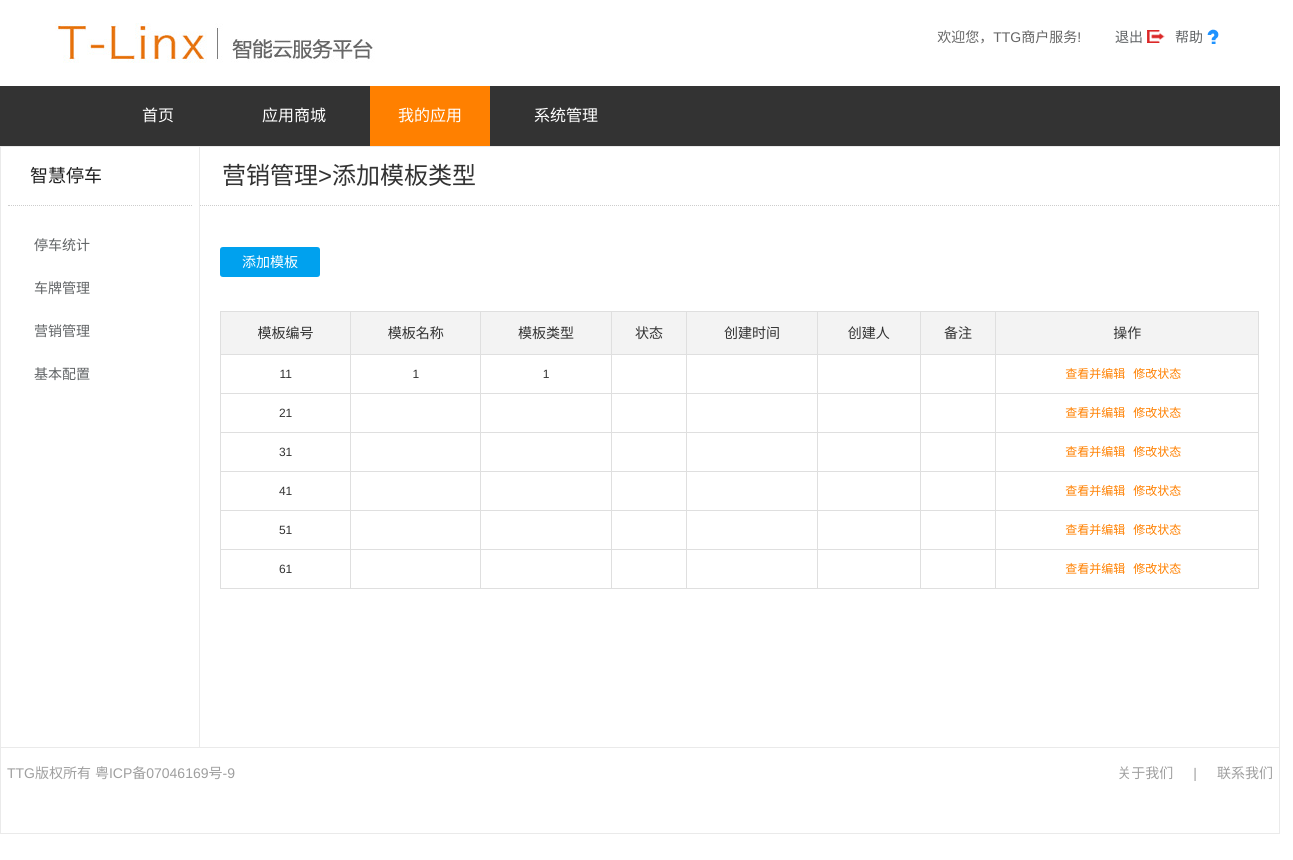
Repository: Keori/ParkCar
Page: admin/商户云/智慧停车/Manage.html
An editor plug-in stored every save of this project. The page is shown before and after the next save, followed by the edit.
The browser window is 1280 px wide. The page is 1293 px wide, so the pictures cover 1293 px, including what lies to the right of the window. The pictures show the whole page.

Above is the page before, as saved 2018-12-24 10:59:43.

After the next save:
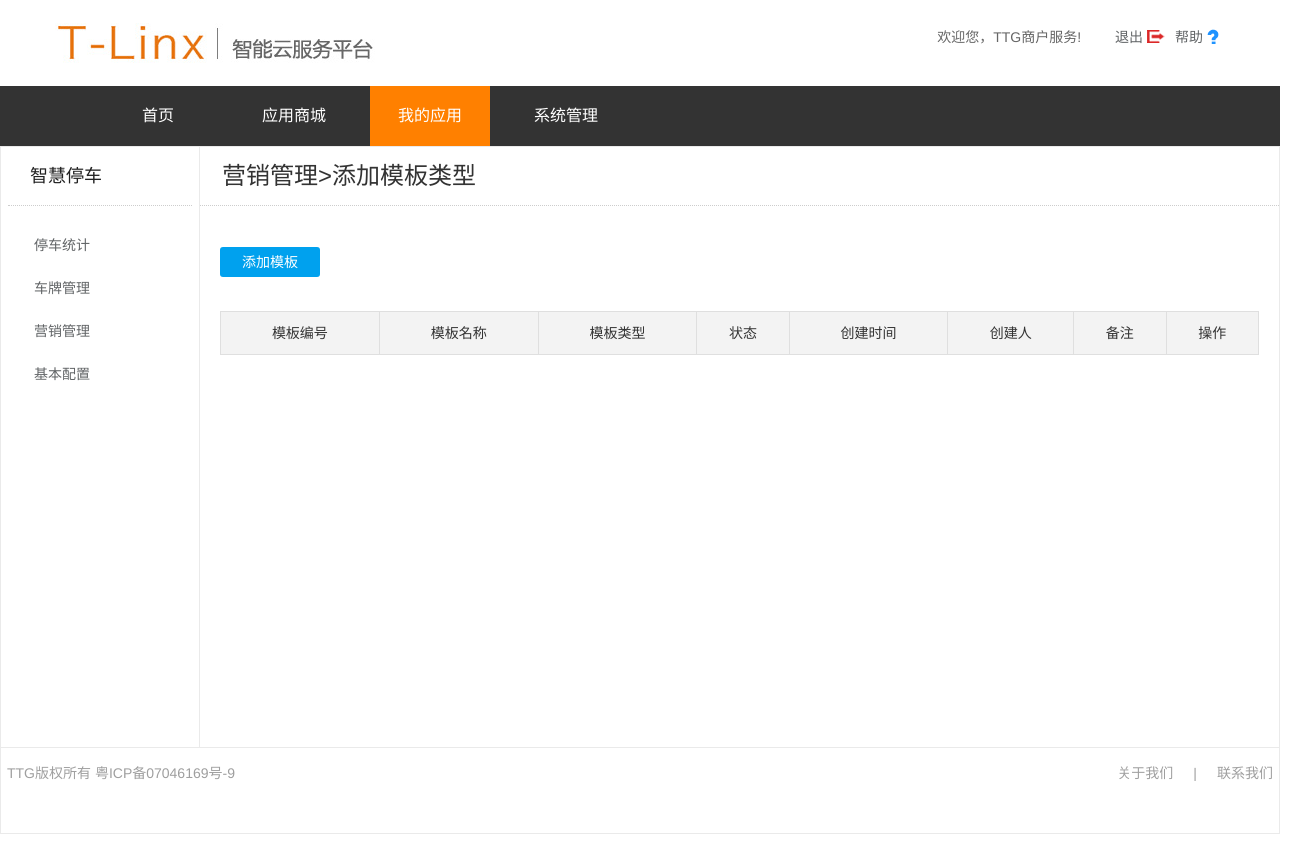
Saved 27 s later.
--- a/admin/商户云/智慧停车/Manage.html
+++ b/admin/商户云/智慧停车/Manage.html
@@ -77,7 +77,7 @@
                     <th>备注</th>
                     <th>操作</th>
                 </tr>
-                <tr v-for='(item,index) in Manage' v-show='index<6'>
+                <tr v-for='item in Manage' v-show='index<6'>
                     <td>{{index+1}}1</td>
                     <td>{{item.templateName}}</td>
                     <td>{{item.tempCategoryDesc}}</td>
